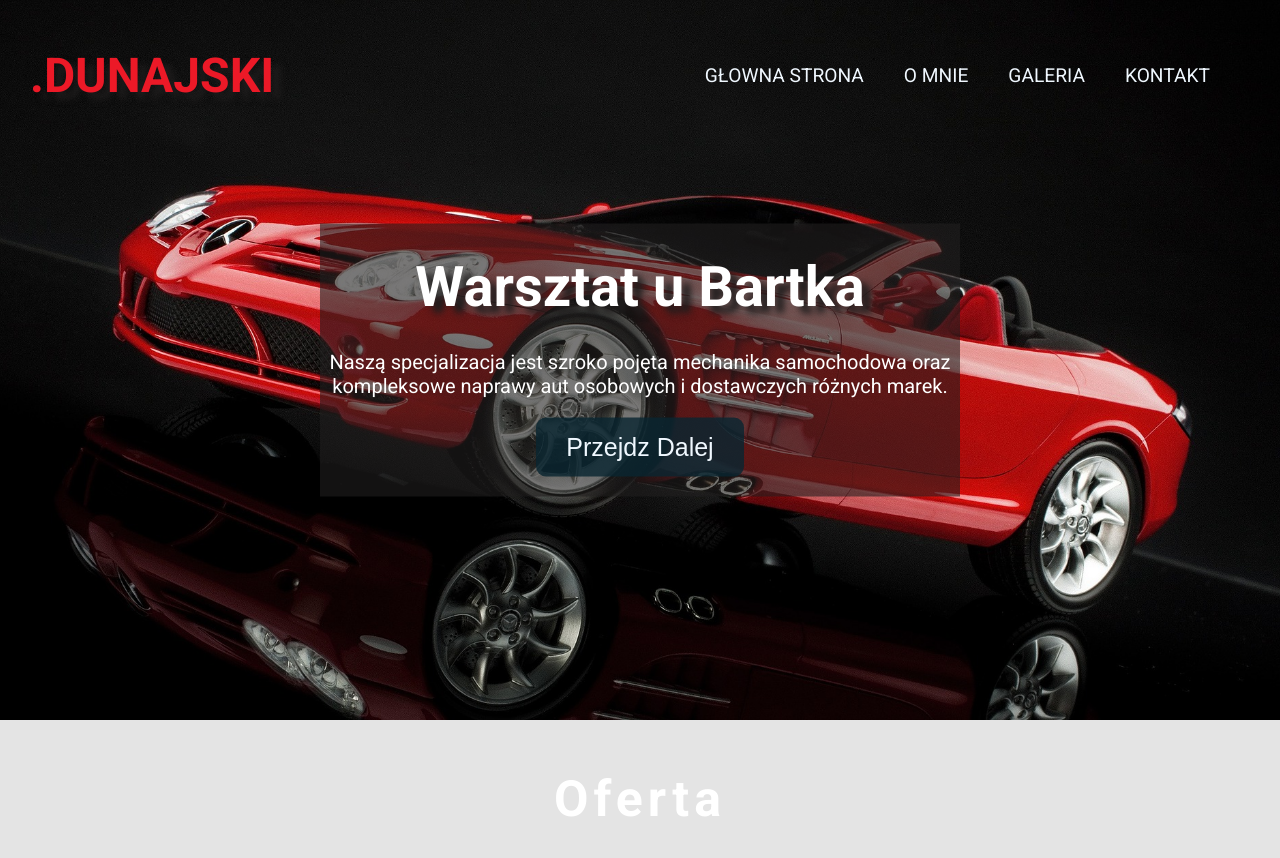
Repository: emas130/car-workshop-website
Page: index.html
An editor plug-in stored every save of this project. The page is shown before and after the next save, followed by the edit.
The browser window is 1280 px wide. The pictures show the part of the page from y = 0 to 858 px (the page is 1578 px tall).
A picture or video elsewhere on the page could not be fetched, so the positions and the page height are approximate. Some web libraries are served in a nearby version.

Above is the page before, as saved 2018-09-27 19:12:18.

### index.html
<!DOCTYPE html>
<html lang="pl">
<head>
<meta name="viewport" content="width=device-width, initial-scale=1.0">
	<meta charset="UTF-8">
	<title>Document</title>
	<link rel="stylesheet" href="https://use.fontawesome.com/releases/v5.3.1/css/all.css" integrity="sha384-mzrmE5qonljUremFsqc01SB46JvROS7bZs3IO2EmfFsd15uHvIt+Y8vEf7N7fWAU" crossorigin="anonymous">
	<link rel="stylesheet" href="style.css">
</head>

<body>
	<header>
		<div class="logo">.DUNAJSKI</div>
		<nav>
			<ul>
				<li class="active"><a href="">Głowna Strona</a></li>
				<li><a href="">O mnie </a></li>
				<li><a href=""> Galeria</a></li>
				<li><a href=""> Kontakt</a></li>
			</ul>
		</nav>
		<div class="menu-toggle">
			<i class="fa fa-bars" aria-hidden="true"></i>
		</div>
	</header>
	<section class="jumbotron">
		<div class="slogan">
			<h2>Warsztat u Bartka</h2>
			<p>Naszą specjalizacja jest szroko pojęta mechanika samochodowa oraz kompleksowe naprawy aut osobowych i dostawczych różnych marek. </p>
			<button>Przejdz Dalej</button>
		</div>
	</section>
	<div class="wraper">
		<h1>Oferta</h1>
		<div class="container">
			<div class="box">
				<div class="imgBox">
					<img src="img/car-1.jpg" alt="klucze">
				</div>
				<div class="content">
					<h2>Zawieszenie</h2>
					<p>Lorem ipsum dolor sit amet, consectetur adipisicing elit. Laboriosam quibusdam culpa magnam animi quam explicabo dolorum, illo dolorem, dolor necessitatibus.</p>
				</div>
			</div>
			<div class="box">
				<div class="imgBox">
					<img src="img/car-2.jpg" alt="klucze">
				</div>
				<div class="content">
					<h2>Wymiana Chamulcy</h2>
					<p>Lorem ipsum dolor sit amet, consectetur adipisicing elit. Laboriosam quibusdam culpa magnam animi quam explicabo dolorum, illo dolorem, dolor necessitatibus.</p>
				</div>
			</div>
			<div class="box">
				<div class="imgBox">
					<img src="img/car-1.jpg" alt="klucze">
				</div>
				<div class="content">
					<h2>Mechanika Pojazdu</h2>
					<p>Lorem ipsum dolor sit amet, consectetur adipisicing elit. Laboriosam quibusdam culpa magnam animi quam explicabo dolorum, illo dolorem, dolor necessitatibus.</p>
				</div>
			</div>
			<div class="box">
				<div class="imgBox">
					<img src="img/car-4.jpg" alt="klucze">
				</div>
				<div class="content">
					<h2>Mechanika Pojazdu</h2>
					<p>Lorem ipsum dolor sit amet, consectetur adipisicing elit. Laboriosam quibusdam culpa magnam animi quam explicabo dolorum, illo dolorem, dolor necessitatibus.</p>
				</div>
			</div>
			<div class="box">
				<div class="imgBox">
					<img src="img/car-5.jpg" alt="klucze">
				</div>
				<div class="content">
					<h2>Mechanika Pojazdu</h2>
					<p>Lorem ipsum dolor sit amet, consectetur adipisicing elit. Laboriosam quibusdam culpa magnam animi quam explicabo dolorum, illo dolorem, dolor necessitatibus.</p>
				</div>
			</div>
			<div class="box">
				<div class="imgBox">
					<img src="img/car-4.jpg" alt="klucze">
				</div>
				<div class="content">
					<h2>Mechanika Pojazdu</h2>
					<p>Lorem ipsum dolor sit amet, consectetur adipisicing elit. Laboriosam quibusdam culpa magnam animi quam explicabo dolorum, illo dolorem, dolor necessitatibus.</p>
				</div>
			</div>

		</div>
	</div>

	<footer>Copywriting &copy; Bartosz Dunajski</footer>
	<script src="https://code.jquery.com/jquery-3.3.1.js">
	</script>
	<script type="text/javascript">
		// Menu rwd
		$(document).ready(function() {
			$('.menu-toggle').click(function() {
				$('nav').toggleClass('active')
			})
		});

		$('.jumbotron').mousemove(function(e) {
			var moveX = (e.pageX *  -1 /15);
			var moveY = (e.pageY *  -1 /15);
			$(this).css('background-position', moveX + 'px '+  moveY + 'px')
		})
	</script>
</body>

</html>

### style.css
@import url("https://fonts.googleapis.com/css?family=Open+Sans:300, 400,800|Roboto:300,400,700");

* {
	margin: 0;
	padding: 0;
	-webkit-box-sizing: border-box;
	box-sizing: border-box;
}

body {
	font-family: 'Roboto';
	color: white;
	background: rgba(128, 128, 128, 0.21);
}

header {
	position: absolute;
	top: 5%;
	left: 0;
	width: 100%;
	padding-right: 50px;
	font-size: 1.2em;
}

header .logo {
	height: 80px;
	line-height: 80px;
	font-weight: bold;
	float: left;
	margin-left: 30px;
	font-size: 2.5em;
	text-shadow: 9px 7px 7px #1f1d1d;
	color: #ec1927;
}

header nav ul {
	padding: 0;
	margin: 0;
	display: -webkit-box;
	display: -ms-flexbox;
	display: flex;
	-webkit-box-pack: end;
	-ms-flex-pack: end;
	float: right;
}

header nav ul li {
	list-style: none;
}

header nav ul li a {
	color: aliceblue;
	height: 80px;
	line-height: 80px;
	text-decoration: none;
	padding: 2px 20px;
	text-transform: uppercase;
	transition: 0.5s;
}

header nav ul li a:hover {
	background: #ec1927;
}

.menu-toggle {
	display: none;
	float: right;
	cursor: pointer;
	line-height: 80px;
	font-size: 25px;
}
.jumbotron {
	background-image: url(img/mercedes-1391783_1920.jpg);
	background-size: cover;
	background-position: center top;
	height: 100vh;
	overflow: hidden;
	transition: 0.2s;
}

.slogan {
	position: absolute;
	top: 50%;
	left: 50%;
	-webkit-transform: translate(-50%, -50%);
	transform: translate(-50%, -50%);
	text-align: center;
	background: rgba(33, 30, 30, 0.6);
}

.slogan p {
	font-size: 20px;
}

.slogan h2 {
	font-size: 3.5em;
	text-shadow: 9px 7px 7px #1f1d1d;
	padding: 30px;
}

button {
	font-size: 25px;
	border: none;
	padding: 15px 30px;
	border-radius: 10px;
	background: rgba(9, 37, 48, 0.81);
	color: aliceblue;
	margin: 20px;
}

.wraper {
	margin: 0 auto;
	text-align: center;
}

.wraper h1 {
	font-size: 50px;
	letter-spacing: 5px;
	margin-top: 50px;
}

.container {
	position: relative;
	max-width: 1200px;
	height: 600px;
	margin: 50px auto 0;
}


.container .box {
	position: relative;
	width: 370px;
	background: #262626;
	float: left;
	-webkit-box-sizing: border-box;
	box-sizing: border-box;
	margin: 15px;
	overflow: hidden;
	-webkit-box-shadow: 0 5px 10px rgba(0, 0, 0, 0.8);
	box-shadow: 0 5px 10px rgba(0, 0, 0, 0.8);
}

.container .box::before {
	content: "";
	position: absolute;
	top: 10px;
	right: 10px;
	bottom: 10px;
	left: 10px;
	border-top: 1px solid #fff;
	border-bottom: 1px solid #fff;
	-webkit-transition: 0.9s;
	transition: 0.9s;
	-webkit-transform: scaleX(0);
	transform: scaleX(0);
	-webkit-box-sizing: border-box;
	box-sizing: border-box;
	opacity: 0;
	z-index: 1;
}

.container .box:hover:before {
	-webkit-transform: scale(1);
	transform: scale(1);
	opacity: 1;
}

.container .box::after {
	content: "";
	position: absolute;
	top: 10px;
	right: 10px;
	bottom: 10px;
	left: 10px;
	border-left: 1px solid #fff;
	border-right: 1px solid #fff;
	-webkit-transition: 0.9s;
	transition: 0.9s;
	-webkit-transform: scaleX(0);
	transform: scaleY(0);
	-webkit-box-sizing: border-box;
	box-sizing: border-box;
	opacity: 0;
	z-index: 1;
}

.container .box:hover:after {
	-webkit-transform: scaleY(1);
	transform: scale(1);
	opacity: 1;
}

.container .box .imgBox {
	position: relative;
}

.container .box .imgBox img {
	width: 100%;
	-webkit-transition: 0.5s;
	transition: 0.5s;
}

.container .box .content {
	position: absolute;
	width: 100%;
	top: 50%;
	transform: translateY(-50%);
	z-index: 2;
	padding: 20px;
	text-align: center;
}

.container .box .content h2 {
	margin: 30px;
	padding: 0;
	color: #fff;
	transition: 0.5s;
	transform: translateY(-50%);
	opacity: 0;
	visibility: hidden;
}

.container .box .content p {
	margin: 10px;
	padding: 0;
	color: #fff;
	transition: 0.5s;
	transform: translateY(-50%);
	opacity: 0;
	visibility: hidden;
}

.container .box:hover .content * {
	opacity: 1;
	visibility: visible;
}

.container .box:hover .imgBox img {
	opacity: 0.2;
	transform: scale(1.2);
}

footer {
	height: 100px;
	width: 100%;
	background: #ec1927;
	text-align: center;
	line-height: 100px;
	font-size: 25px;
}




@media(max-width: 768px) {

	header {
		padding: 0 20px;
	}
	.menu-toggle {
		display: block;
	}

	header nav {
		width: 100%;
		position: absolute;
		top: 80px;
		left: -100%;
		-webkit-transition: 0.5s;
		transition: 0.5s;
		background: #262626cc;
	}

	header nav.active {
		left: 0;
	}

	header nav ul {
		display: block;
		text-align: center;
		width: 100%;
		top: 0;
	}

	header nav ul li  {
		border-bottom: 3px solid rgba(22, 23, 23, 0.87);
	}

	.slogan {
		display: none;
	}
}

After the next save:
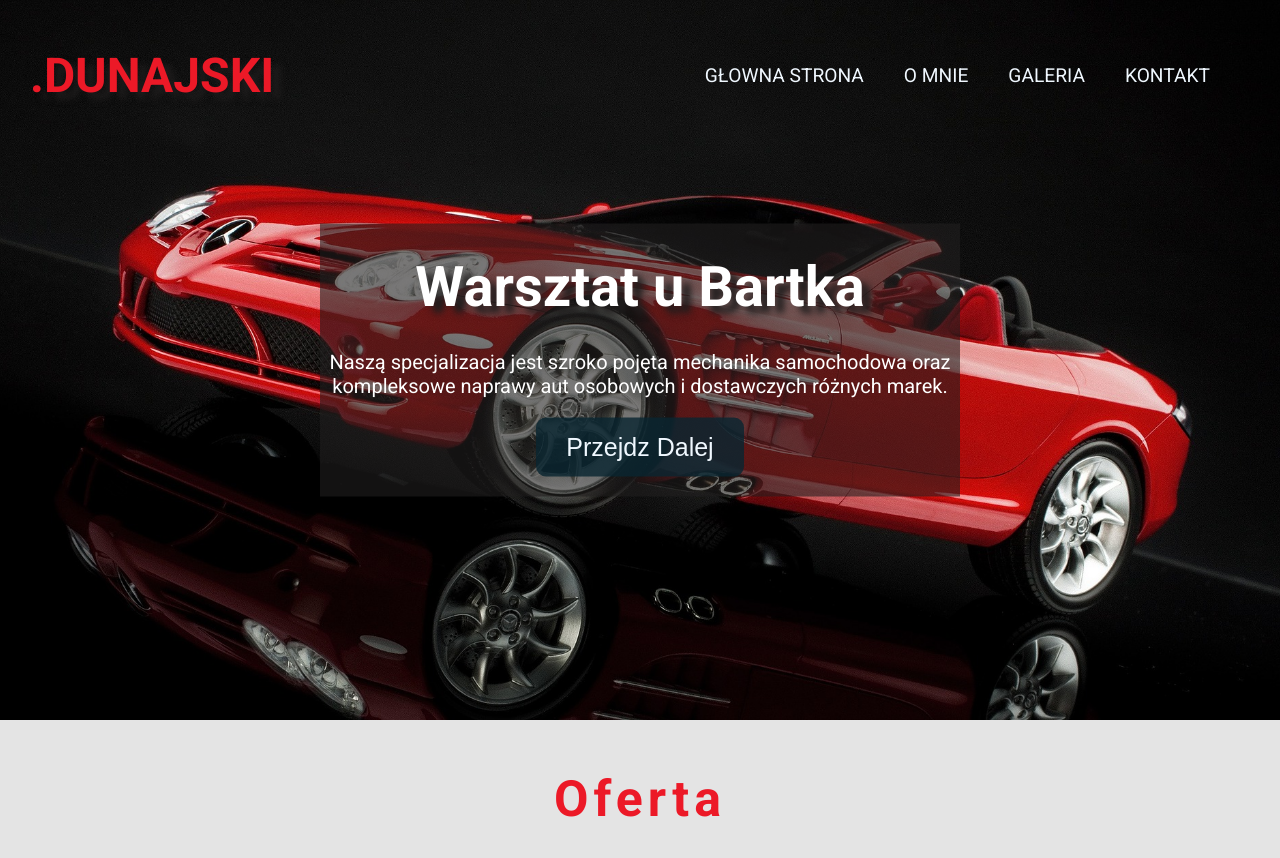
Saved 18 s later.
--- a/style.css
+++ b/style.css
@@ -117,6 +117,7 @@ button {
 	font-size: 50px;
 	letter-spacing: 5px;
 	margin-top: 50px;
+	color: #ec1927;
 }
 
 .container {
